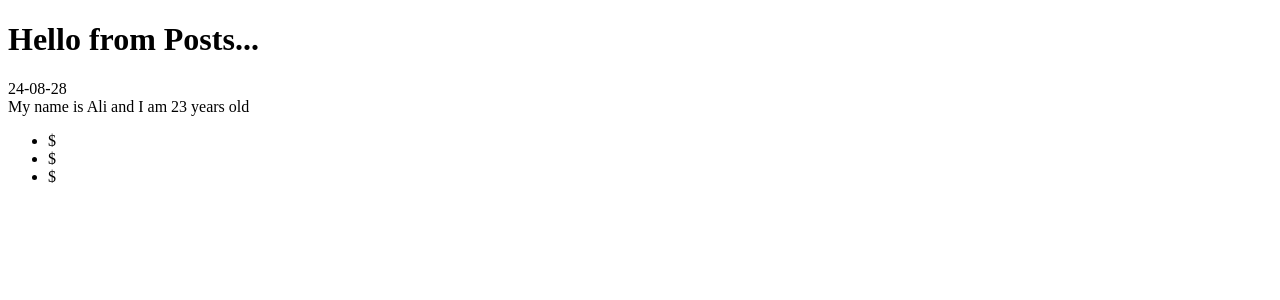
Repository: Abdulahi338/Basics-of-Controllers-using-laravel
Page: http://localhost/posts
These files come from the project's save history. The page is drawn as it stood at one moment and after a run of saves; the edit follows.
The browser window is 1280 px wide. The pictures show the whole page.
The page is served by the project's Laravel application, run on PHP 8.4 with Laravel 12. Other server files are loaded and not shown.

Above is the page before, as saved 2024-08-28 21:43:22.

### routes/web.php
<?php

use Illuminate\Support\Facades\Route;
use App\Http\Controllers\PostController; // Capitalize controller class name
use Illuminate\Http\Request; // Import the Request class

// Corrected Route::resource usage
Route::resource('/posts', PostController::class);

### app/Http/Controllers/postController.php
<?php

namespace App\Http\Controllers;

use App\Models\Post; // Capitalize model name
use Illuminate\Http\Request;

class PostController extends Controller
{
    /**
     * Display a listing of the resource.
     */
    public function index()
    {
        $posts =[
            'post1',
            'post2',
            'post3'
        ];
        $name = 'Ali';
        $age = 23;
        return view('posts.index', ['userName' => $name, 'age' => $age,'post' =>$posts]);
    }

    // Other methods can remain empty for now
    public function create()
    {
        //
    }

    public function store(Request $request)
    {
        //
    }

    public function show(Post $post)
    {
        //
    }

    public function edit(Post $post)
    {
        //
    }

    public function update(Request $request, Post $post)
    {
        //
    }

    public function destroy(Post $post)
    {
        //
    }
}

### resources/views/posts/index.blade.php
<!DOCTYPE html>
<html lang="en">
<head>
    <meta charset="UTF-8">
    <meta name="viewport" content="width=device-width, initial-scale=1.0">
    <meta http-equiv="X-UA-Compatible" content="ie=edge">
    <title>Posts view</title>
</head>
<body>
    <h1>Hello from Posts...</h1>
    {{date('y-m-d')}}
    <div>My name is {{ $userName }} and I am {{ $age }} years old</div>
    <ul>
        {{-- <li>{{$post[0]}}</li>
        <li>{{$post[1]}}</li>
        <li>{{$post[2]}}</li> --}}
        @foreach ($post as $posts )
        <li>$</li>

        @endforeach
    </ul>
</body>
</html>

Loaded but not shown: app/Http/Controllers/Controller.php (common file)

After the next 3 saves:
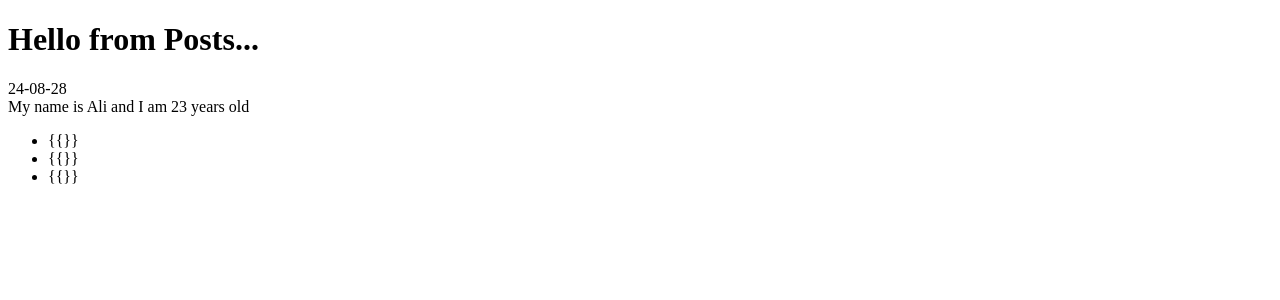
The 3 saves are shown as one change because they came seconds apart.
The last was saved 9 s later.
--- a/resources/views/posts/index.blade.php
+++ b/resources/views/posts/index.blade.php
@@ -15,7 +15,7 @@
         <li>{{$post[1]}}</li>
         <li>{{$post[2]}}</li> --}}
         @foreach ($post as $posts )
-        <li>$</li>
+        <li>{{}}</li>
 
         @endforeach
     </ul>
